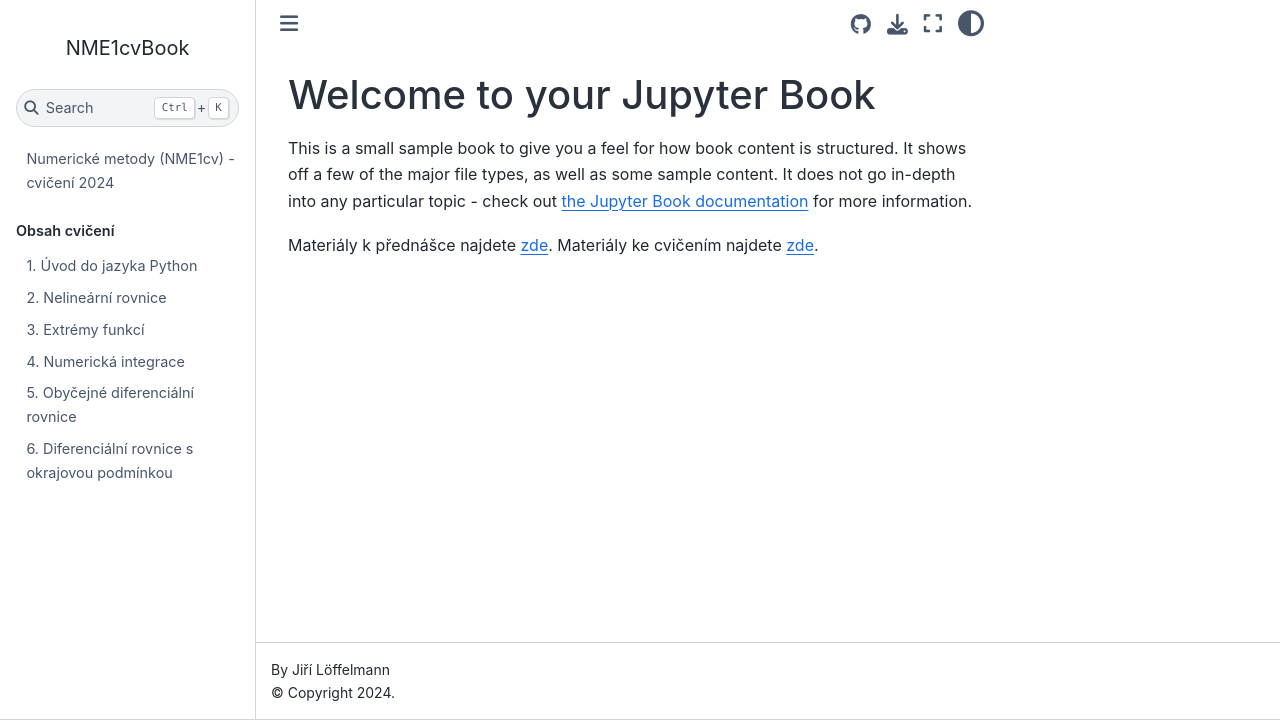
Repository: loepa01/NME1cvBook
Page: intro.html
These files come from the project's save history. The page is drawn as it stood at one moment and after the next save; the edit follows.
The browser window is 1280 px wide. The pictures show the whole page.

Above is the page before, as saved 2024-04-08 16:23:38.
Console error: SyntaxError: Identifier 'THEBE_JS_URL' has already been declared

After the next save:
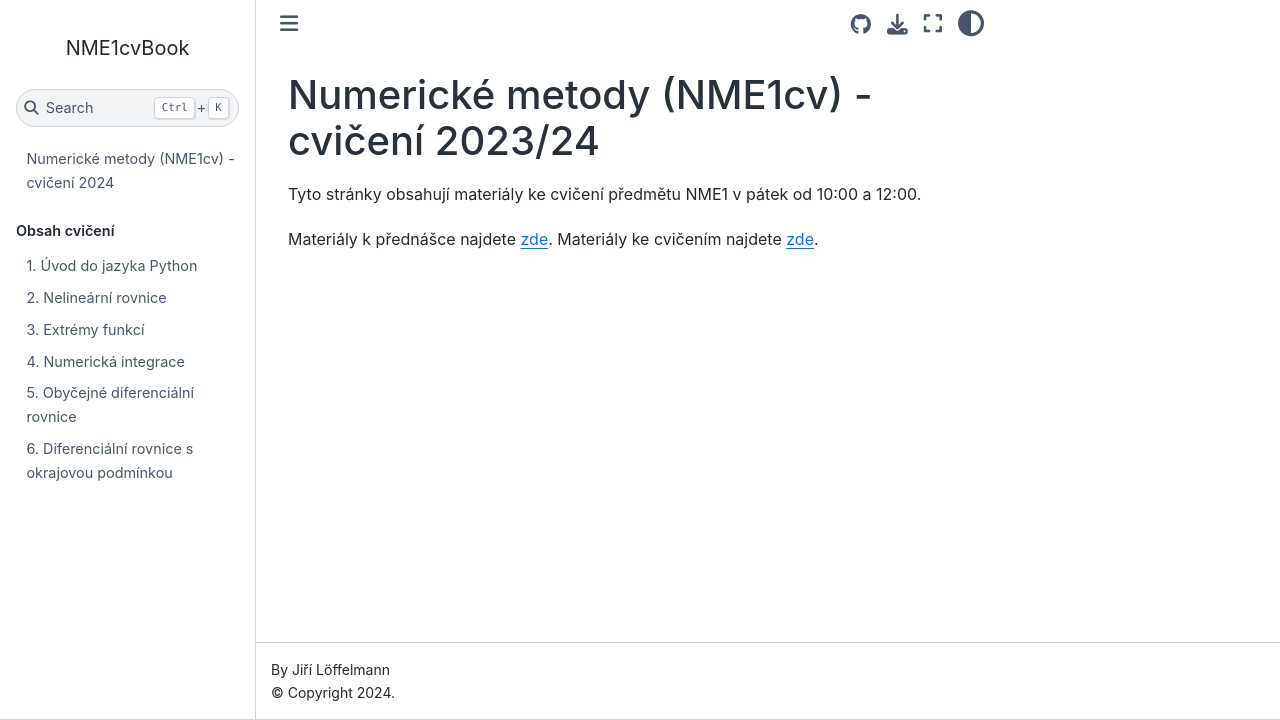
Saved 15 min 23 s later.
--- a/intro.html
+++ b/intro.html
@@ -8,7 +8,7 @@
     <meta charset="utf-8" />
     <meta name="viewport" content="width=device-width, initial-scale=1.0" /><meta name="viewport" content="width=device-width, initial-scale=1" />
 
-    <title>Welcome to your Jupyter Book &#8212; NME1cvBook</title>
+    <title>Numerické metody (NME1cv) - cvičení 2023/24 &#8212; NME1cvBook</title>
 
 
 
@@ -57,7 +57,7 @@
     <script async="async" src="../_static/sphinx-thebe.js?v=c100c467"></script>
     <script>var togglebuttonSelector = '.toggle, .admonition.dropdown';</script>
     <script>const THEBE_JS_URL = "https://unpkg.com/thebe@0.8.2/lib/index.js"; const thebe_selector = ".thebe,.cell"; const thebe_selector_input = "pre"; const thebe_selector_output = ".output, .cell_output"</script>
-    <script>DOCUMENTATION_OPTIONS.pagename = '.history/intro_20240408162338';</script>
+    <script>DOCUMENTATION_OPTIONS.pagename = '.history/intro_20240408163901';</script>
     <link rel="icon" href="../_static/cphys.png"/>
     <link rel="index" title="Index" href="../genindex.html" />
     <link rel="search" title="Search" href="../search.html" />
@@ -250,7 +250,7 @@
 
 
 
-      <li><a href="https://github.com/loepa01/NME1cvBook/issues/new?title=Issue%20on%20page%20%2F.history/intro_20240408162338.html&body=Your%20issue%20content%20here." target="_blank"
+      <li><a href="https://github.com/loepa01/NME1cvBook/issues/new?title=Issue%20on%20page%20%2F.history/intro_20240408163901.html&body=Your%20issue%20content%20here." target="_blank"
    class="btn btn-sm btn-source-issues-button dropdown-item"
    title="Open an issue"
    data-bs-placement="left" data-bs-toggle="tooltip"
@@ -280,7 +280,7 @@
 
 
 
-      <li><a href="../_sources/.history/intro_20240408162338.md" target="_blank"
+      <li><a href="../_sources/.history/intro_20240408163901.md" target="_blank"
    class="btn btn-sm btn-download-source-button dropdown-item"
    title="Download source file"
    data-bs-placement="left" data-bs-toggle="tooltip"
@@ -362,7 +362,7 @@ document.write(`
 
 
 <div id="jb-print-docs-body" class="onlyprint">
-    <h1>Welcome to your Jupyter Book</h1>
+    <h1>Numerické metody (NME1cv) - cvičení 2023/24</h1>
     <!-- Table of contents -->
     <div id="print-main-content">
         <div id="jb-print-toc">
@@ -376,12 +376,9 @@ document.write(`
 <div id="searchbox"></div>
                 <article class="bd-article">
 
-  <section class="tex2jax_ignore mathjax_ignore" id="welcome-to-your-jupyter-book">
-<h1>Welcome to your Jupyter Book<a class="headerlink" href="#welcome-to-your-jupyter-book" title="Link to this heading">#</a></h1>
-<p>This is a small sample book to give you a feel for how book content is
-structured.
-It shows off a few of the major file types, as well as some sample content.
-It does not go in-depth into any particular topic - check out <a class="reference external" href="https://jupyterbook.org">the Jupyter Book documentation</a> for more information.</p>
+  <section class="tex2jax_ignore mathjax_ignore" id="numericke-metody-nme1cv-cviceni-2023-24">
+<h1>Numerické metody (NME1cv) - cvičení 2023/24<a class="headerlink" href="#numericke-metody-nme1cv-cviceni-2023-24" title="Link to this heading">#</a></h1>
+<p>Tyto stránky obsahují materiály ke cvičení předmětu NME1 v pátek od 10:00 a 12:00.</p>
 <p>Materiály k přednášce najdete <a class="reference external" href="http://kfe.fjfi.cvut.cz/~vachal/edu/nme/">zde</a>.
 Materiály ke cvičením najdete <a class="reference external" href="http://kfe.fjfi.cvut.cz/~vachal/edu/nme/cviceni/">zde</a>.</p>
 </section>
